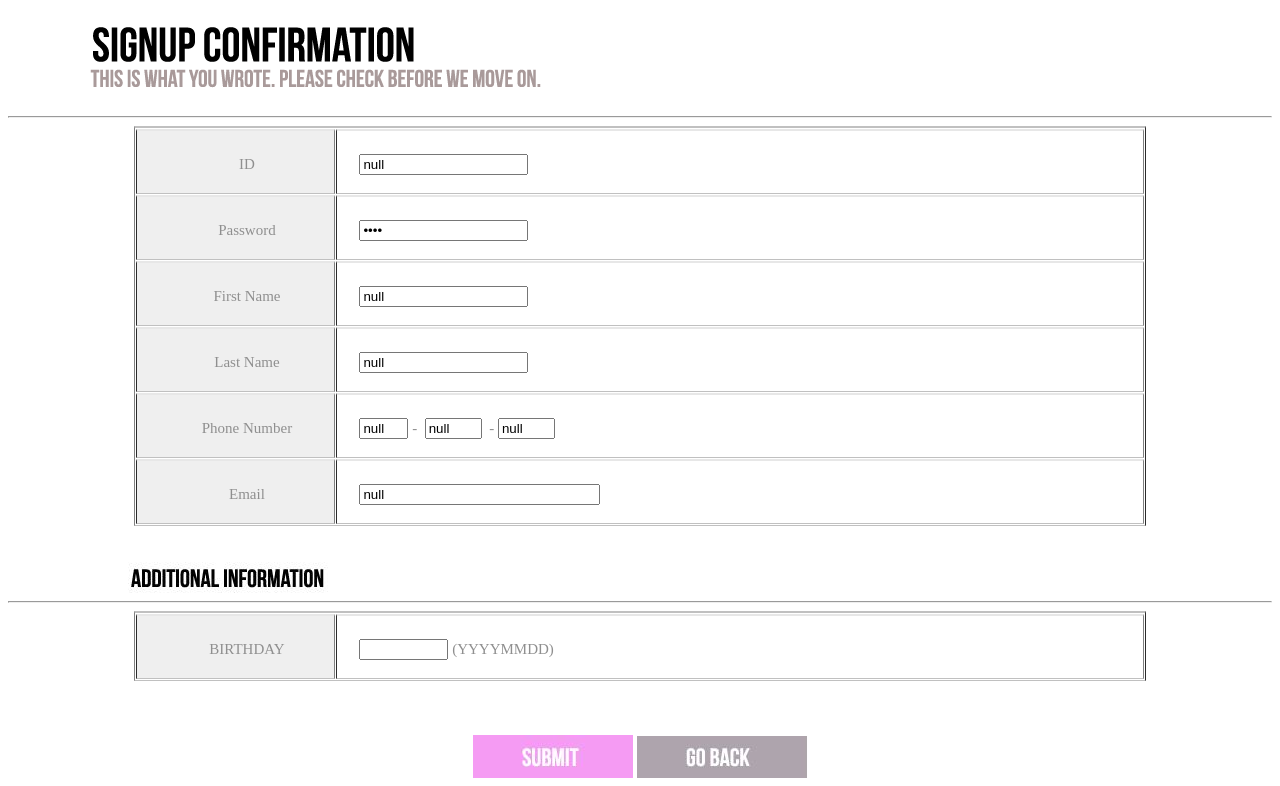
Repository: kminjoo/Making-website-using-JSP
Page: http://localhost/website_project/RegisterProc.jsp
The author's editor kept a copy of each file at every save. The page is drawn from the files as they stood at one save, then again after the next save.
The browser window is 1280 px wide. The pictures show the whole page.
The page is served by Tomcat 9. Other server files are loaded and not shown.

Above is the page before, as saved 2015-07-21 14:35:20.

### website_project/WebContent/RegisterProc.jsp
<%@ page language="java" contentType="text/html; charset=EUC-KR"
    pageEncoding="EUC-KR"%>
<% request.setCharacterEncoding("UTF-8"); %>

<jsp:useBean id="regBean" class="signUp.RegisterBean"/>
<jsp:setProperty name="regBean" property="*"/>

<!DOCTYPE html PUBLIC "-//W3C//DTD HTML 4.01 Transitional//EN" "http://www.w3.org/TR/html4/loose.dtd">
<html>
<head>
<meta http-equiv="Content-Type" content="text/html; charset=EUC-KR">
<title>Welcome to Minjoo's Website!</title>
<link href="style.css" rel="stylesheet" type="text/css">
<script language="JavaScript" src="script.js"></script>
</head>
<body>
<div>&nbsp;&nbsp;&nbsp;&nbsp;&nbsp;&nbsp;&nbsp;&nbsp;&nbsp;&nbsp;

<img src="<%=request.getContextPath() %>/images/signupconfirm.gif">
</div>
<hr>
<table border="1" cellpadding="18" cellspacing="1" width="80%" align="center">
<form name="regForm" method="post" action="MemberInsert.jsp">
	<tr>
		<td width="13%" align="center" bgcolor="#EFEFEF">ID</td>
		<td width="60%"><input type="text" name="mem_id" size="18" value =
		"<jsp:getProperty name="regBean" property="mem_id"/>">&nbsp;&nbsp;&nbsp;</td>
	</tr>
	<tr>
		<td width="13%" align="center" bgcolor="#EFEFEF">Password</td>
		<td width="60%"><input type="password" name="mem_password" size="18"
		value ="<jsp:getProperty name="regBean" property="mem_password"/>">
	</tr>
	<tr>
		<td width="13%" align="center" bgcolor="#EFEFEF">First Name</td>
		<td width="60%"><input type="text" name="mem_firstname" size="18"
		value ="<jsp:getProperty name="regBean" property="mem_firstname"/>"></td>
	</tr>
	<tr>
		<td width="13%" align="center" bgcolor="#EFEFEF">Last Name</td>
		<td width="60%"><input type="text" name="mem_lastname" size="18"
		value ="<jsp:getProperty name="regBean" property="mem_lastname"/>"></td>
	</tr>
	<tr>
		<td width="13%" align="center" bgcolor="#EFEFEF">Phone Number</td>
		<td width="30%"><input type="text" name="mem_phone1" size="3" maxlength="3"
			onKeyUp="if(this.value.length==3)regForm.mem_phone2.focus()"
			value ="<jsp:getProperty name="regBean" property="mem_phone1"/>">&nbsp;-&nbsp;
		<input type="text" name="mem_phone2" size="4" maxlength="4"
		onKeyUp="if(this.value.length==3)regForm.mem_phone3.focus()"
		value ="<jsp:getProperty name="regBean" property="mem_phone2"/>">
		&nbsp;-&nbsp;<input type="text" name="mem_phone3" size="4" maxlength="4"
		value ="<jsp:getProperty name="regBean" property="mem_phone3"/>"></td>
	</tr>
	<tr>
    <td width="13%" align="center" bgcolor="#EFEFEF">Email</td>
    <td width="60%"><input type="text" name="mem_email" size="27"
    value ="<jsp:getProperty name="regBean" property="mem_email"/>">
  </tr>
</table>
<br><br>
<div>
&nbsp;&nbsp;&nbsp;&nbsp;&nbsp;&nbsp;&nbsp;&nbsp;&nbsp;&nbsp;&nbsp;
&nbsp;&nbsp;&nbsp;&nbsp;&nbsp;&nbsp;&nbsp;&nbsp;&nbsp;&nbsp;&nbsp;
&nbsp;&nbsp;&nbsp;&nbsp;&nbsp;
<img src="<%=request.getContextPath() %>/images/additional.JPG"/></div>
<hr>
<table border="1" cellpadding="18" cellspacing="1" width="80%" align="center">
<tr>
<%
String bday = regBean.getMem_birthday();
if(bday == null)
  bday = "";
%>
		<td width="13%" align="center" bgcolor="#EFEFEF">BIRTHDAY</td>
		<td width="60%"><input type="text" name="mem_birthday" size="8" maxlength="8"
		value =<%=bday %>>
		(YYYYMMDD)</td>
</tr>
</table>

<br>
<br>
&nbsp;&nbsp;&nbsp;&nbsp;&nbsp;&nbsp;&nbsp;&nbsp;&nbsp;&nbsp;&nbsp;
<div align="center">
	<a href="#" onclick="inputCheck2(); return false;">
	<img src="<%=request.getContextPath() %>/images/submit.JPG"/></a>
	<a href="#" onclick="history.back();">
	<img src="<%=request.getContextPath() %>/images/goback.JPG"/></a>

</div>
</form>

</body>
</html>

### website_project/src/signUp/RegisterBean.java
package signUp;

public class RegisterBean {
  private String mem_id;
  private String mem_password;
  private String mem_firstname;
  private String mem_lastname;
  private String mem_phone1;
  private String mem_phone2;
  private String mem_phone3;
  private String mem_email;
  private String mem_birthday;
  public String getMem_id() {
    return mem_id;
  }
  public void setMem_id(String mem_id) {
    this.mem_id = mem_id;
  }
  public String getMem_password() {
    return mem_password;
  }
  public void setMem_password(String mem_password) {
    this.mem_password = mem_password;
  }
  public String getMem_firstname() {
    return mem_firstname;
  }
  public void setMem_firstname(String mem_firstname) {
    this.mem_firstname = mem_firstname;
  }
  public String getMem_lastname() {
    return mem_lastname;
  }
  public void setMem_lastname(String mem_lastname) {
    this.mem_lastname = mem_lastname;
  }
  public String getMem_phone1() {
    return mem_phone1;
  }
  public void setMem_phone1(String mem_phone1) {
    this.mem_phone1 = mem_phone1;
  }
  public String getMem_phone2() {
    return mem_phone2;
  }
  public void setMem_phone2(String mem_phone2) {
    this.mem_phone2 = mem_phone2;
  }
  public String getMem_phone3() {
    return mem_phone3;
  }
  public void setMem_phone3(String mem_phone3) {
    this.mem_phone3 = mem_phone3;
  }
  public String getMem_email() {
    return mem_email;
  }
  public void setMem_email(String mem_email) {
    this.mem_email = mem_email;
  }
  public String getMem_birthday() {
    return mem_birthday;
  }
  public void setMem_birthday(String mem_birthday) {
    this.mem_birthday = mem_birthday;
  }

}

### website_project/WebContent/style.css
@CHARSET "EUC-KR";

hr {
    display: block;
    margin-top: 0.5em;
    margin-bottom: 0.5em;
    margin-left: auto;
    margin-right: auto;
    border-style: inset;
    border-width: 1px;
}

/*table {
    display: table;
    border-collapse: collpase;
    border-spacing: 0px;
    border-color: #EFEFEF;
}*/

img{vertical-align:middle;}

table{table-layout:fixed;border-top:2px solid #c0c0c0;border-bottom:1px solid #c0c0c0;}

td{padding:23px 0 18px 22px;border-top:2px solid #e7e7e7;color:#8f8f8f;line-height:140%;font-size:15px;}

### website_project/WebContent/script.js
/**
 *
 */


function loginCheck(){
	if(document.login.mem_id.value==""){
		alert("Enter your ID.");
		document.login.mem_id.focus();
		return;
	}
	if(document.login.mem_passwd.value==""){
		alert("Enter your password.");
		document.login.mem_passwd.focus();
		return;
	}
	document.login.submit();

}

function memberReg(){
	location.href ="Register.jsp";
}
function idCheck(id){
	if(id == ""){
	alert("Enter your ID.");
	document.regForm.mem_id.focus();
	}else{
		url="IdCheck.jsp?mem_id=" + id;
		window.open(url,"post","width=300,height=150");
	}
}

function inputCheck(){
	if(document.regForm.mem_id.value==""){
		alert("Enter your ID.");
		document.regForm.mem_id.focus();
		return;
	}
	if(document.regForm.mem_password.value==""){
		alert("Enter your Password.");
		document.regForm.mem_password.focus();
		return;
	}
	if(document.regForm.mem_repasswd.value==""){
		alert("Enter your Password.");
		document.regForm.mem_repasswd.focus();
		return;
	}

	if(document.regForm.mem_password.value != document.regForm.mem_repasswd.value){
		alert("Passwords do not match.");
		document.regForm.mem_passwd.focus();
		return;
	}

	if(document.regForm.mem_firstname.value==""){
		alert("Enter your first name.");
		document.regForm.mem_firstname.focus();
		return;
	}
	if(document.regForm.mem_lastname.value==""){
		alert("Enter your last name.");
		document.regForm.mem_lastname.focus();
		return;
	}
	if(document.regForm.mem_email.value==""){
		alert("Enter your email address.");
		document.regForm.mem_email.focus();
		return;
	}
	if(document.regForm.mem_phone1.value==""){
		alert("Enter your phone number.");
		document.regForm.mem_phone1.focus();
		return;
	}
	if(document.regForm.mem_phone2.value==""){
		alert("Enter your phone number.");
		document.regForm.mem_phone2.focus();
		return;
	}
	if(document.regForm.mem_phone3.value==""){
		alert("Enter your phone number.");
		document.regForm.mem_phone3.focus();
		return;
	}

	var str = document.regForm.mem_email.value;
	var atPos = str.indexOf('@');
	var atLastPos = str.lastIndexOf('@');
	var dotPos = str.indexOf('.');
	var spacePos = str.indexOf(' ');
	var commaPos = str.indexOf(',');
	var emailSize = str.length;

	if(atPos>1 && atPos == atLastPos && dotPos > 3 && spacePos == -1 &&
			commaPos == -1 && atPos + 1 < dotPos && dotPos + 1 < emailSize );
	else{
		alert("This e-mail address is incorrectly formatted. \n\r Please try again.");
		document.regForm.mem_email.focus();
		return;
	}

	document.regForm.submit();
}

function inputCheck2(){
	if(document.regForm.mem_id.value==""){
		alert("Enter your ID.");
		document.regForm.mem_id.focus();
		return;
	}
	if(document.regForm.mem_password.value==""){
		alert("Enter your Password.");
		document.regForm.mem_password.focus();
		return;
	}

	if(document.regForm.mem_firstname.value==""){
		alert("Enter your first name.");
		document.regForm.mem_firstname.focus();
		return;
	}
	if(document.regForm.mem_lastname.value==""){
		alert("Enter your last name.");
		document.regForm.mem_lastname.focus();
		return;
	}
	if(document.regForm.mem_email.value==""){
		alert("Enter your email address.");
		document.regForm.mem_email.focus();
		return;
	}
	if(document.regForm.mem_phone1.value==""){
		alert("Enter your phone number.");
		document.regForm.mem_phone1.focus();
		return;
	}
	if(document.regForm.mem_phone2.value==""){
		alert("Enter your phone number.");
		document.regForm.mem_phone2.focus();
		return;
	}
	if(document.regForm.mem_phone3.value==""){
		alert("Enter your phone number.");
		document.regForm.mem_phone3.focus();
		return;
	}

	var str = document.regForm.mem_email.value;
	var atPos = str.indexOf('@');
	var atLastPos = str.lastIndexOf('@');
	var dotPos = str.indexOf('.');
	var spacePos = str.indexOf(' ');
	var commaPos = str.indexOf(',');
	var emailSize = str.length;

	if(atPos>1 && atPos == atLastPos && dotPos > 3 && spacePos == -1 &&
			commaPos == -1 && atPos + 1 < dotPos && dotPos + 1 < emailSize );
	else{
		alert("This e-mail address is incorrectly formatted. \n\r Please try again.");
		document.regForm.mem_email.focus();
		return;
	}

	document.regForm.submit();
}

function win_close()
{
	self.close();
}

function searchInputCheck(sform){
	if(sform.search.value==""){
	alert("Enter what you want to search");
	sform.search.focus();
	return false;
}
	sform.submit();
}

After the next save:
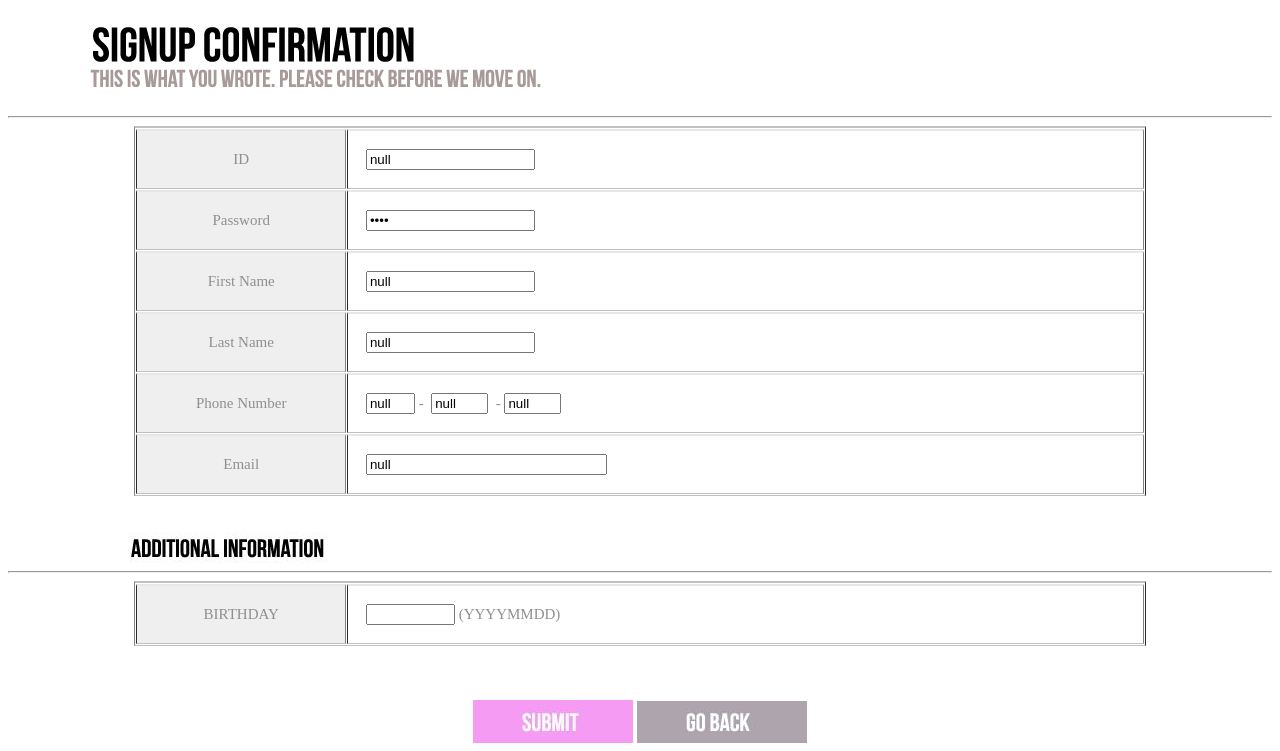
Saved 80 s later.
--- a/website_project/WebContent/style.css
+++ b/website_project/WebContent/style.css
@@ -21,4 +21,4 @@
 
 table{table-layout:fixed;border-top:2px solid #c0c0c0;border-bottom:1px solid #c0c0c0;}
 
-td{padding:23px 0 18px 22px;border-top:2px solid #e7e7e7;color:#8f8f8f;line-height:140%;font-size:15px;}
+td{border-top:2px solid #e7e7e7;color:#8f8f8f;line-height:140%;font-size:15px;}

After the save that followed:
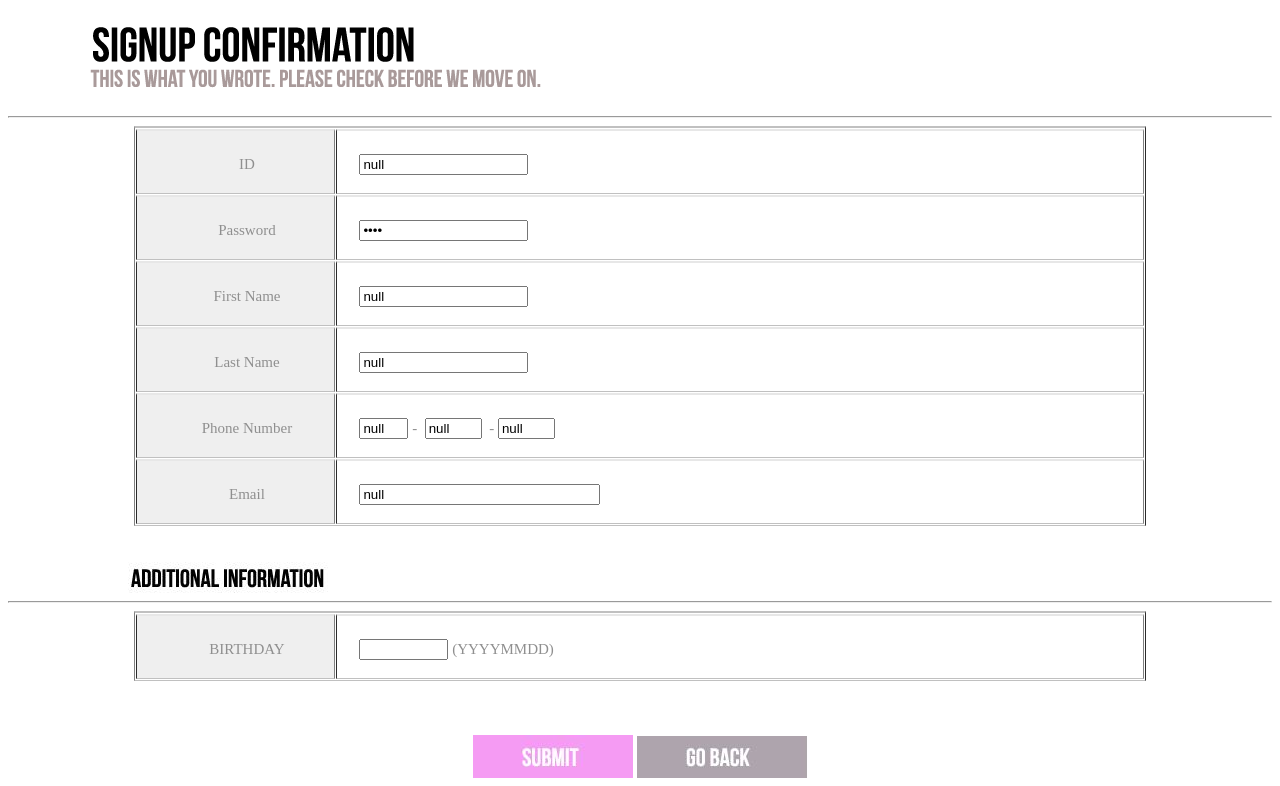
Saved 9 s later.
--- a/website_project/WebContent/style.css
+++ b/website_project/WebContent/style.css
@@ -21,4 +21,4 @@
 
 table{table-layout:fixed;border-top:2px solid #c0c0c0;border-bottom:1px solid #c0c0c0;}
 
-td{border-top:2px solid #e7e7e7;color:#8f8f8f;line-height:140%;font-size:15px;}
+td{padding:23px 0 18px 22px;border-top:2px solid #e7e7e7;color:#8f8f8f;line-height:140%;font-size:15px;}
